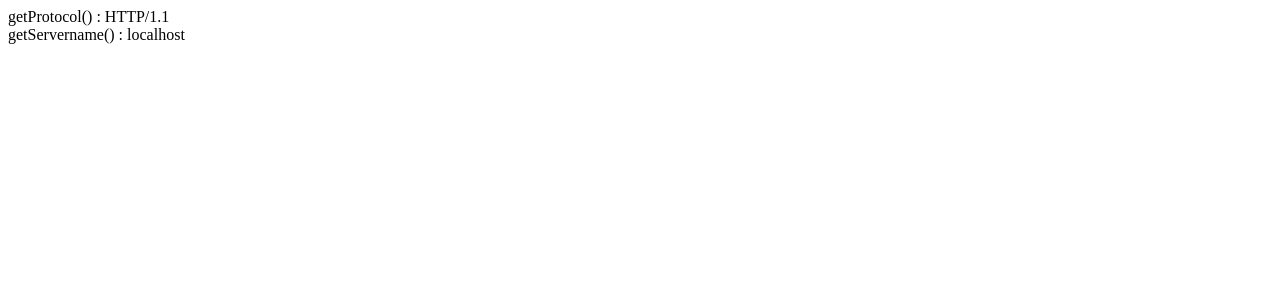
Repository: binkalos/JSP-STUDY
Page: http://localhost/chapter7/request_01.jsp
An editor plug-in stored every save of this project. The page is shown before and after a run of saves, followed by the edit.
The browser window is 1280 px wide. The pictures show the whole page.
The page is served by Tomcat 9.

Above is the page before, as saved 2019-06-14 02:32:48.

After the next 2 saves:
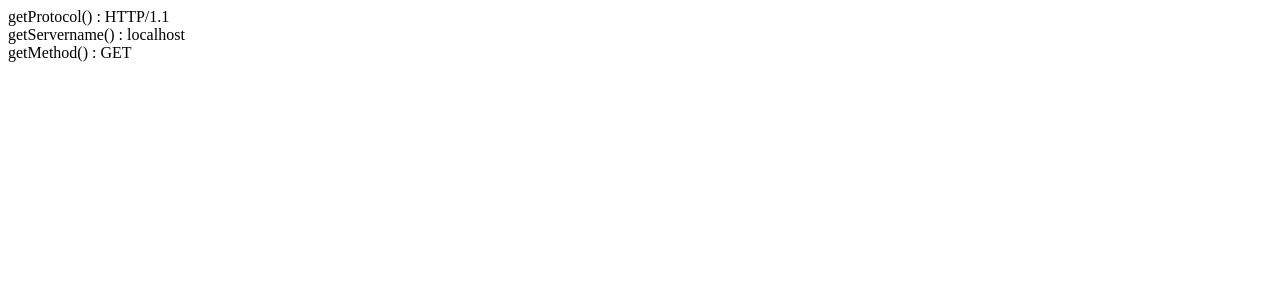
The 2 saves are shown as one change because they came seconds apart.
The last was saved 22 s later.
--- a/chapter7/WebContent/request_01.jsp
+++ b/chapter7/WebContent/request_01.jsp
@@ -9,5 +9,6 @@
 <body>
 getProtocol() : <%= request.getProtocol() %><br>
 getServername() : <%= request.getServerName() %><br>
+getMethod() : <%= request.getMethod() %><br>
 </body>
 </html>
